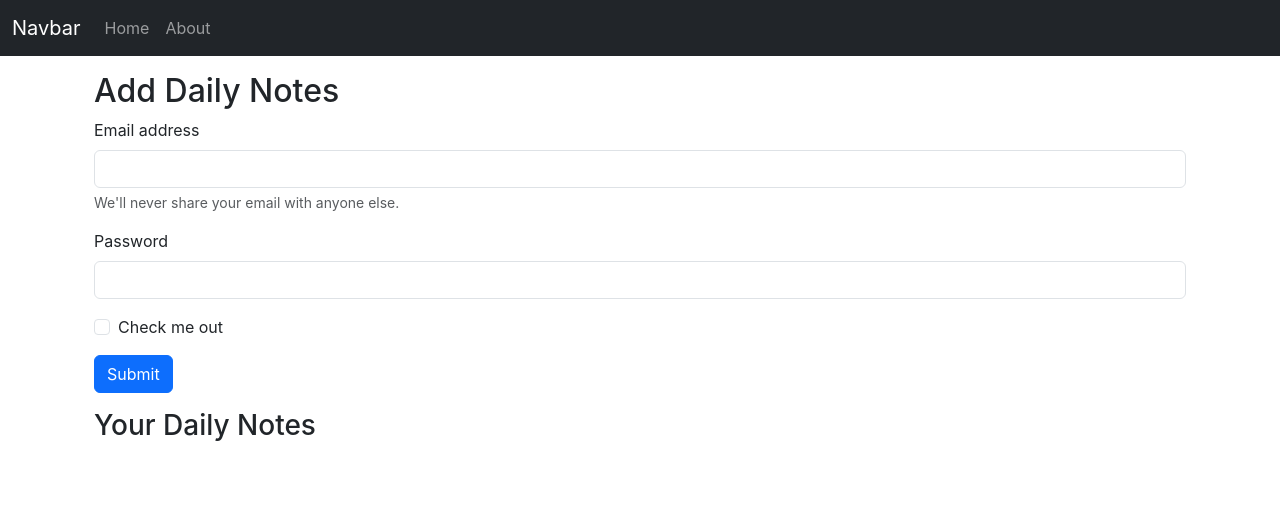
Repository: alphacode77/DailyNotes-react
Page: /home
The author's editor kept a copy of each file at every save. The page is drawn from the files as they stood at one save, then again after a run of saves.
The browser window is 1280 px wide. The pictures show the whole page.
The project was rebuilt for these pictures with package versions that can differ from the ones it lists, and the page was loaded fresh each time. Also part of the build but not shown: src/App.css, src/components/About.js.

Above is the page before, as saved 2023-02-22 18:31:32.

### src/App.js
import './App.css';
import Navbar from './components/Navbar';
import Home from './components/Home';
import About from './components/About';
import NoteState from './Context/Notes/NoteState';
import {
  BrowserRouter as Router,
  Route,
  Routes
} from "react-router-dom";

function App() {
  return (
    <>
    <NoteState>
    <Router>
      <Navbar/>
    <div className='container'>
    <Routes>
      <Route exact path="/home" element={<Home/>} />
      <Route exact path="/about" element={<About/>} />
      {/* <Route exactPath="/navbar" element={<Navbar/>} /> */}
    </Routes>
    </div>
  </Router>
  </NoteState>
    </>

  );
}

export default App;

### src/components/Navbar.js
import React, { useEffect }  from 'react'
import { Link , useLocation} from 'react-router-dom'

const Navbar = ()=>{
  let location = useLocation();
  useEffect(()=>{
console.log(location.pathname)
  },[location])
  return (
     <>
     <nav className="navbar navbar-expand-lg navbar-dark  bg-dark">
  <div className="container-fluid">
    <Link className="navbar-brand" to="/">Navbar</Link>
    <button className="navbar-toggler" type="button" data-bs-toggle="collapse" data-bs-target="#navbarSupportedContent" aria-controls="navbarSupportedContent" aria-expanded="false" aria-label="Toggle navigation">
      <span className="navbar-toggler-icon"></span>
    </button>
    <div className="collapse navbar-collapse" id="navbarSupportedContent">
      <ul className="navbar-nav me-auto mb-2 mb-lg-0">
        <li className="nav-item">
          <Link className={`nav-link  ${location.pathname==="/"?"active":""}`} aria-current="page" to="/home">Home</Link>
        </li>
        <li className="nav-item">
          <Link className={`nav-link ${location.pathname==="/about"?"active":""}`} to="/about">About</Link>
        </li>
      </ul>
    </div>
  </div>
</nav>
     </>
    )
}

export default Navbar

### src/components/Home.js
import React from "react"

const Home =()=>{
    return(
        <>
        <div className="container my-3">
            <h2> Add Daily Notes</h2>
        <form className="my-2">
  <div class="mb-3">
    <label for="exampleInputEmail1" class="form-label">Email address</label>
    <input type="email" class="form-control" id="exampleInputEmail1" aria-describedby="emailHelp"/>
    <div id="emailHelp" class="form-text">We'll never share your email with anyone else.</div>
  </div>
  <div class="mb-3">
    <label for="exampleInputPassword1" class="form-label">Password</label>
    <input type="password" class="form-control" id="exampleInputPassword1"/>
  </div>
  <div class="mb-3 form-check">
    <input type="checkbox" class="form-check-input" id="exampleCheck1"/>
    <label class="form-check-label" for="exampleCheck1">Check me out</label>
  </div>
  <button type="submit" class="btn btn-primary">Submit</button>
</form>
</div>
<div className="container my-2">
    <h3>Your Daily Notes</h3>
</div>
        </>
    )
}

export default Home

### src/Context/Notes/NoteState.js
import React,{useState} from "react";
import NoteContext from "./NoteContext"


const NoteState = (props)=>{
   const initalNotes= [
    {
      "_id": "63f3b6c7c686985aada677be",
      "user": "63f20b9a00ad623ad3d4dae2",
      "title": "This is my second title",
      "description": "Description of the second note",
      "tag": "demo check",
      "date": "2023-02-20T18:07:03.296Z",
      "__v": 0
    },
    {
      "_id": "63f3b892a3086ff244bcc267",
      "user": "63f20b9a00ad623ad3d4dae2",
      "title": "This is my second title",
      "description": "Description of the second note",
      "tag": "demo check",
      "date": "2023-02-20T18:14:42.184Z",
      "__v": 0
    },
    {
      "_id": "63f3b89ca3086ff244bcc26b",
      "user": "63f20b9a00ad623ad3d4dae2",
      "title": "This is my second title12",
      "description": "Description of the second note12",
      "tag": "demo check",
      "date": "2023-02-20T18:14:52.449Z",
      "__v": 0
    },
    {
      "_id": "63f49f58882156f0ed94969e",
      "user": "63f20b9a00ad623ad3d4dae2",
      "title": "This is my third title",
      "description": "Description of the third note",
      "tag": "personal",
      "date": "2023-02-21T10:39:20.800Z",
      "__v": 0
    }
  ]
  const [notes,setNotes]=useState(initalNotes)
    return (
        <NoteContext.Provider value={{notes,setNotes}}>
            {props.children}
        </NoteContext.Provider>

    )
}

export default NoteState;

### src/Context/Notes/NoteContext.js
import {createContext} from 'react'

const NoteContext = createContext();

export default NoteContext;

Loaded but not shown: public/index.html (common file); src/index.js (common file); src/index.css (common file)

After the next 3 saves:
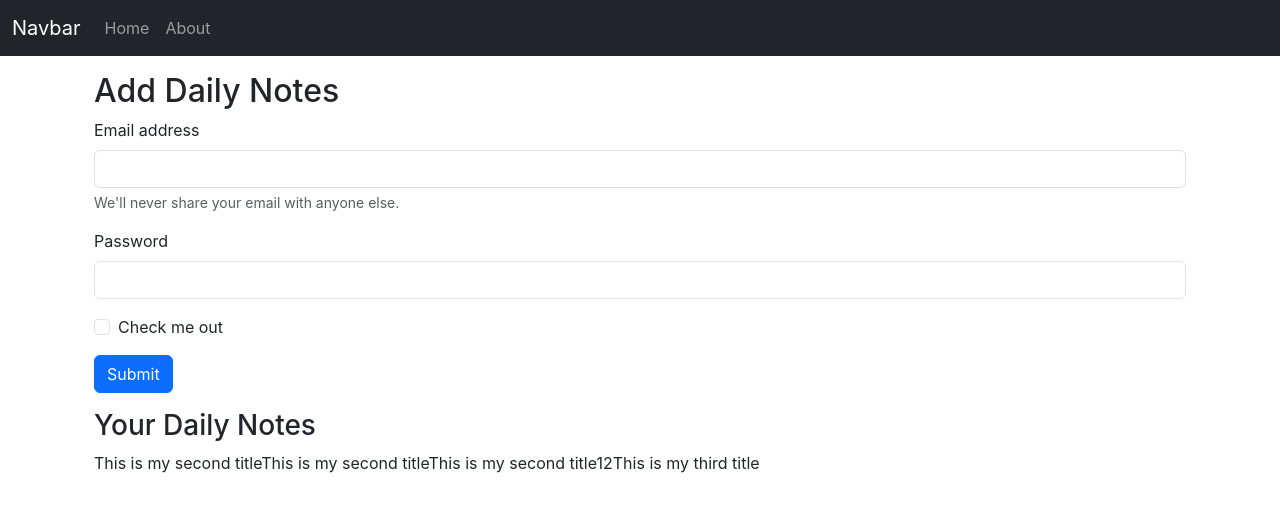
The 3 saves are shown as one change because 2 did not build or start.
The last was saved 6 min 33 s later.
--- a/src/components/Home.js
+++ b/src/components/Home.js
@@ -1,6 +1,9 @@
 import React from "react"
-
+import { useContext } from "react"
+import NoteContext from "../Context/Notes/NoteContext"
 const Home =()=>{
+    const context=useContext(NoteContext)
+    const{notes,setNotes} = context
     return(
         <>
         <div className="container my-3">
@@ -24,6 +27,9 @@ const Home =()=>{
 </div>
 <div className="container my-2">
     <h3>Your Daily Notes</h3>
+    {notes.map((notes)=>{
+        return notes.title
+    })}
 </div>
         </>
     )
